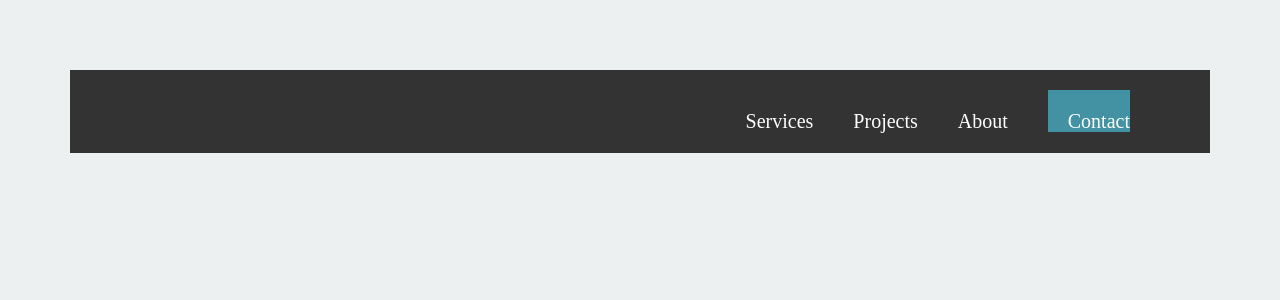
Repository: arifshahriyarnader/css-flexbox
Page: Exercise 1/index.html
The author's editor kept a copy of each file at every save. The page is drawn from the files as they stood at one save, then again after a run of saves.
The browser window is 1280 px wide. The pictures show the whole page.

Above is the page before, as saved 2024-06-15 16:01:41.

### Exercise 1/index.html
<!DOCTYPE html>
<html lang="en">
<head>
    <meta charset="UTF-8">
    <meta name="viewport" content="width=device-width, initial-scale=1.0">
    <title>Navbar Using Flexbox</title>
    <link rel="stylesheet" href="css/style.css">
</head>
<body>
   <nav class="menubar_sec">
       <div class="leftmenu_link">
            <ul>
                <li><a href="#">Services</a></li>
                <li><a href="#">Projects</a></li>
                <li><a href="#">About</a></li>
                <li><a href="#" class="contact_btn">Contact</a></li>
            </ul>
           </div>
   </nav>
</body>
</html>

### Exercise 1/css/style.css
*{
    margin: 0px;
    padding: 0px;
}

ul{
    list-style: none;
}
a{
    text-decoration: none;
}
body{
    background-color: #ECF0F1;
}
.menubar_sec{
    background-color:#333333;
    min-height: 50px;
    margin: 70px;
    display:flex;
    justify-content: flex-end;
}

.leftmenu_link ul{
    display: flex;
    gap:40px;
    padding:40px 80px 20px 0px;

}

.leftmenu_link ul li a{
    color:#fff;
    font-size:20px;
    cursor: pointer;
}
.contact_btn{
    background-color:#4292A3;
    color:#fff;
    padding:20px 0px 0px 20px;

}

After the next 2 saves:
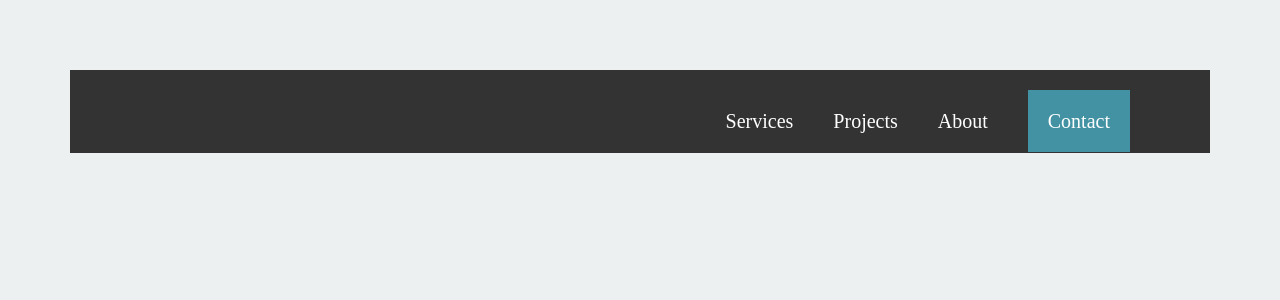
The 2 saves are shown as one change because they came seconds apart.
The last was saved 11 s later.
--- a/Exercise 1/css/style.css
+++ b/Exercise 1/css/style.css
@@ -35,6 +35,6 @@ body{
 .contact_btn{
     background-color:#4292A3;
     color:#fff;
-    padding:20px 0px 0px 20px;
+    padding:20px 20px 20px 20px;
 
 }
